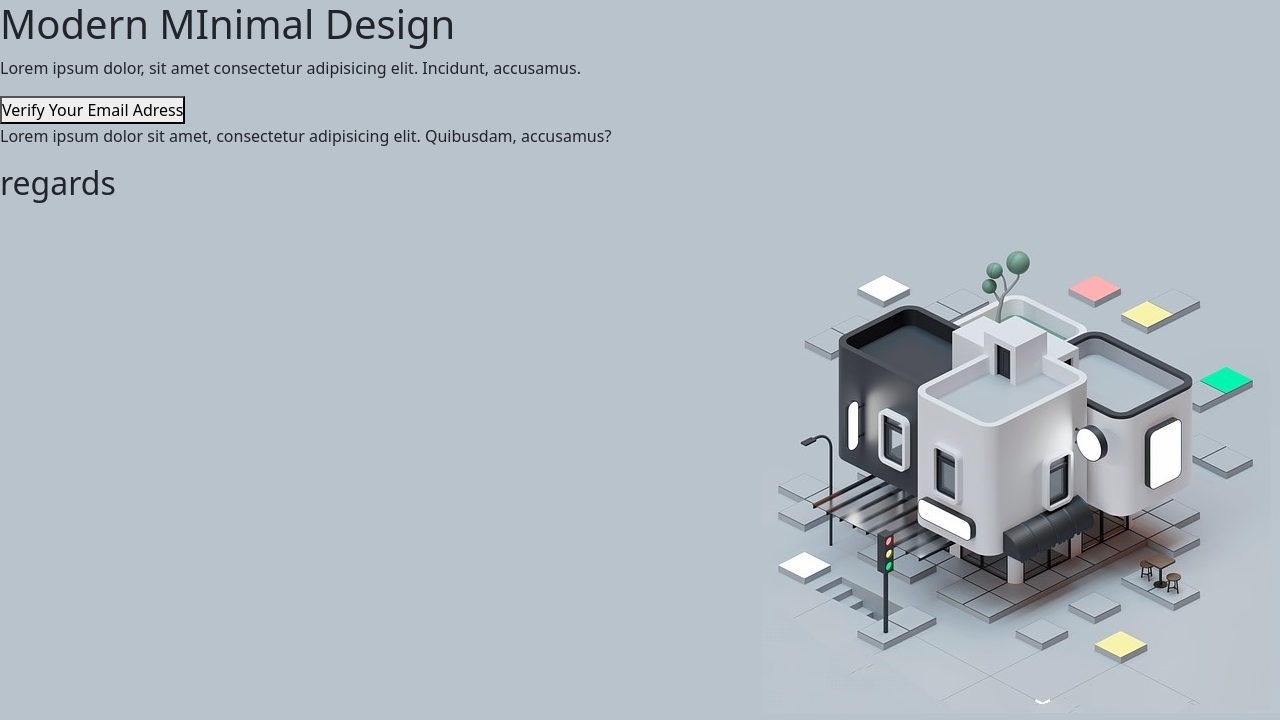
Repository: Aayush919/taskui
Page: index.html
An editor plug-in stored every save of this project. The page is shown before and after the next save, followed by the edit.
The browser window is 1280 px wide. The pictures show the whole page.

Above is the page before, as saved 2024-01-12 12:29:01.

After the next save:
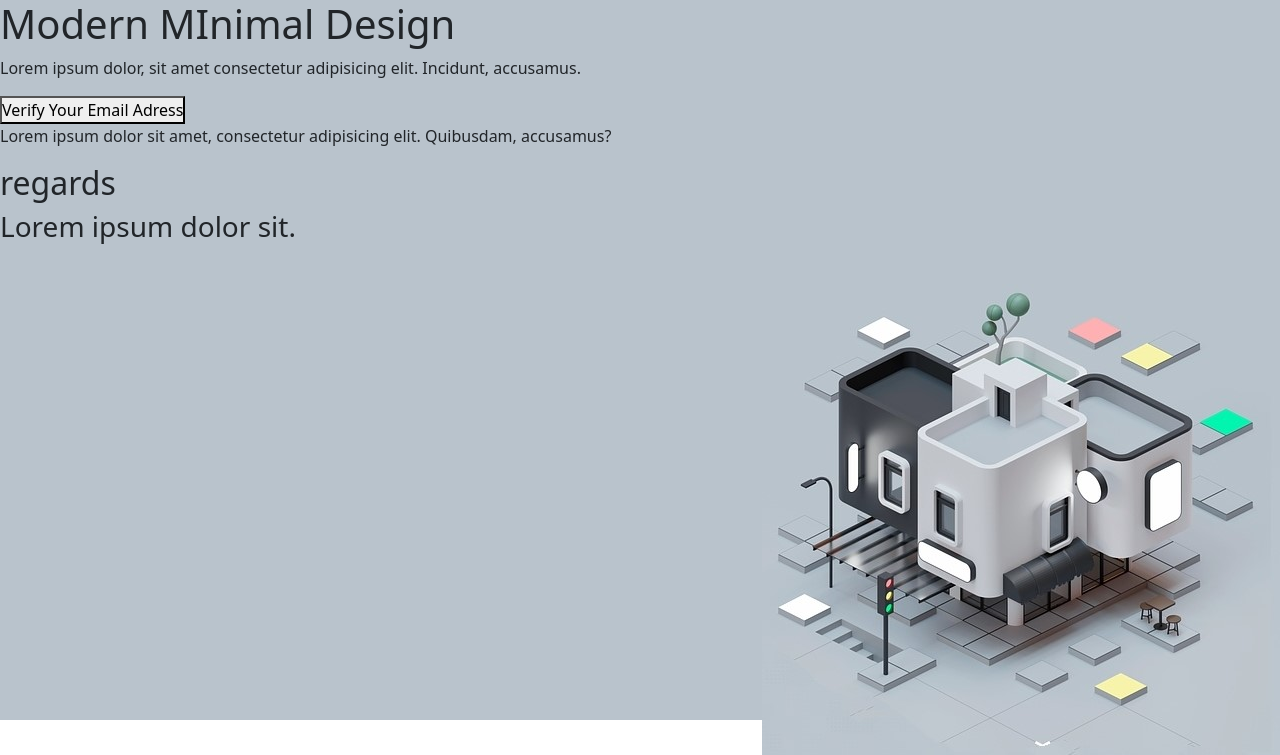
Saved 5 s later.
--- a/index.html
+++ b/index.html
@@ -21,7 +21,7 @@
             <button>Verify Your Email Adress</button>
             <p>Lorem ipsum dolor sit amet, consectetur adipisicing elit. Quibusdam, accusamus?</p>
             <h2>regards</h2>
-            <h3></h3>
+            <h3>Lorem ipsum dolor sit.</h3>
         </div>
         <div class="left">
             <img src="./bg.jpg" alt="" class="img-fluid">
